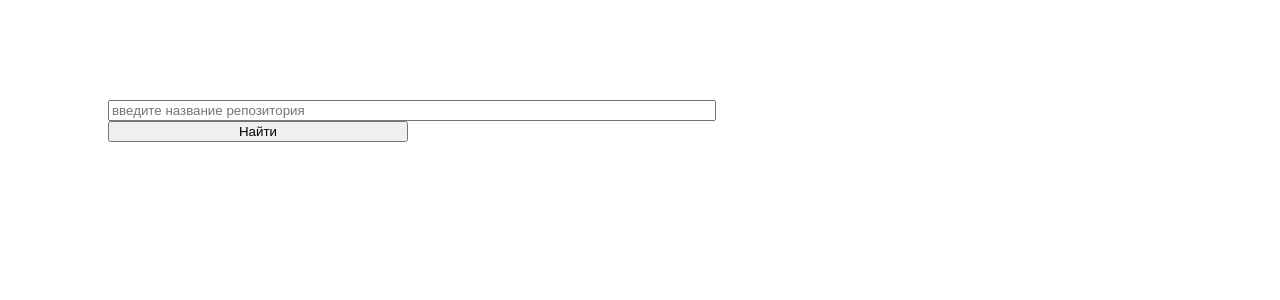
Repository: Grid-Master/repositoriesSearch
Page: index.html
An editor plug-in stored every save of this project. The page is shown before and after the next save, followed by the edit.
The browser window is 1280 px wide. The pictures show the whole page.
The page's requests for data from a server got no answer.

Above is the page before, as saved 2023-03-05 19:47:07.

### index.html
<!DOCTYPE html>
<html lang="en">
  <head>
    <meta charset="UTF-8" />
    <meta http-equiv="X-UA-Compatible" content="IE=edge" />
    <meta name="viewport" content="width=device-width, initial-scale=1.0" />
    <title>git</title>
    <style>
      form {
        display: flex;
        flex-direction: column;
        margin: 100px;
      }
      button {
        width: 300px;
      }
      input {
        width: 600px;
      }
    </style>
  </head>
  <body>
    <form>
      <input type="text" placeholder="введите название репозитория" />
      <button type="submit">Найти</button>
    </form>
    <script src="./script.js"></script>
  </body>
</html>

### script.js
let repositories = [];
const token = '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';

async function getRepositories() {
  let response = await fetch(`https://api.github.com/repositories`, {
    headers: {
      Authorization: `Bearer ${token}`,
    },
  });

  repositories = await response.json();
}

async function func1() {
  await getRepositories();
  console.log(repositories);
  console.log(repositories.length);
}

func1();

After the next save:
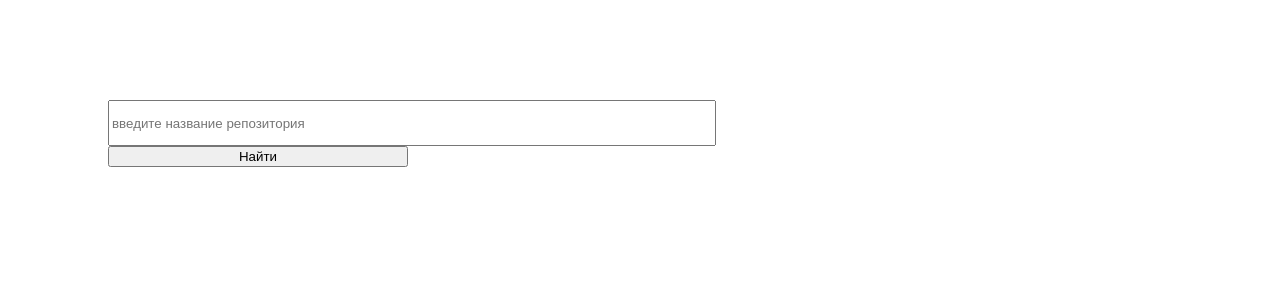
Saved 20 s later.
--- a/index.html
+++ b/index.html
@@ -16,6 +16,7 @@
       }
       input {
         width: 600px;
+        height: 40px;
       }
     </style>
   </head>
